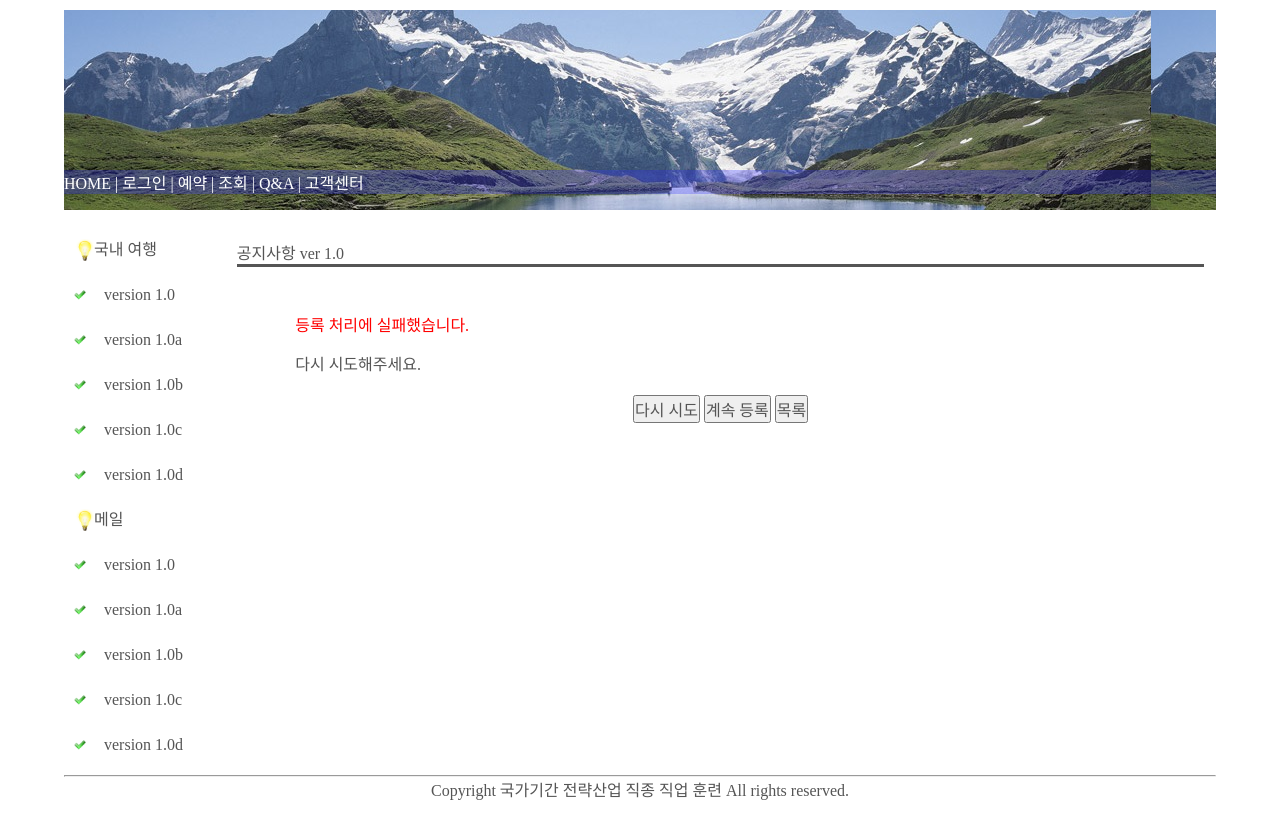
Repository: jangky000/ai_web
Page: http://localhost/blog_v2jc/mail_app/create_proc.jsp
The author's editor kept a copy of each file at every save. The page is drawn from the files as they stood at one save, then again after the next save.
The browser window is 1280 px wide. The pictures show the whole page.
The page is served by Tomcat 9. Other server files are loaded and not shown. Queries for data that is not in the repository find no rows.

Above is the page before, as saved 2020-03-27 05:41:44.

### ws__frame/blog_v2jc/WebContent/mail_app/create_proc.jsp
<%@ page contentType="text/html; charset=UTF-8" %>

 <!-- MySQL에서 DBMS에 연결할때 쓰던 import 패키지와 구성이 같다. -->
 <!-- MovieDAO2.java 참조 -->
<%@ page import="java.sql.Connection" %>
<%@ page import=" java.sql.DriverManager" %>
<%@ page import="java.sql.PreparedStatement" %>
<%@ page import="java.sql.ResultSet" %>
<%@ page import="java.sql.SQLException" %>

<%
request.setCharacterEncoding("utf-8");
String root = request.getContextPath();
%>

<%
// 필요 변수 선언
Connection con = null;              // DBMS 연결
PreparedStatement pstmt = null; // SQL 실행
ResultSet rs = null;                   // SELECT 결과를 저장
StringBuffer sql = null;              // SQL 문장
int count = 0;                         // 처리된 레코드 갯수

// MYSQL
// String className = "org.gjt.mm.mysql.Driver"; // MySQL 연결 Driver
// String url = "jdbc:mysql://172.16.12.4:3306/javadb?useUnicode=true&characterEncoding=euckr"; //데이터베이스 javadb 사용

//Oracle, jdbc 연결
String className = "oracle.jdbc.driver.OracleDriver"; // Oracle 연결 Driver
String url = "jdbc:oracle:thin:@127.0.0.1:1521:XE"; //XE -> soldesk 등으로 달라질 수 있다.

String user = "ai6";
String password = "1234";
%>

<!DOCTYPE html>
<html lang="ko">
<head>
<meta charset="UTF-8">
<title></title>
<link href="<%=root%>/css/style.css" rel="Stylesheet" type="text/css">
</head>
<body>
<jsp:include page="/menu/top.jsp" flush='false' />
  <div class="title_line">공지사항 ver 1.0</div>
  <fieldset class="fieldset_basic">
    <!-- <legend class="legend_basic">공지사항 등록</legend> -->
      <ul>
        <%
        String title = request.getParameter("title");
        String content = request.getParameter("content");
        String rname = request.getParameter("rname");
        String passwd = request.getParameter("passwd");

      //네트워크 설정에 예외처리가 필수
        try {
          Class.forName(className); // memory로 클래스를 로딩함, 객체는 생성하지 않음.
          con = DriverManager.getConnection(url, user, password ); // MySQL 연결

          sql = new StringBuffer();
          //SQL문 앞에 한 칸 공백 만들기 + ' ; '지우기
          sql.append(" INSERT INTO notice(noticeno, title, content, rname, passwd, rdate )");
          sql.append(" VALUES (notice_seq.nextval, ?, ?, ?, ?, sysdate)"); // '?'는 ?값으로 판단, 문자열도 single quatation 없이 사용

          //StringBuffer를 문자열로 변환
          pstmt = con.prepareStatement(sql.toString());

          pstmt.setString(1, title);
          pstmt.setString(2, content);
          pstmt.setString(3, rname);
          pstmt.setString(4, passwd);

          //pstmt 바인딩 후에 실행
          count = pstmt.executeUpdate(); // INSERT, UPDATE, DELETE를 실행

        } catch (SQLException e) {
          System.out.println("SQL 실행 중 예외 발생");
          e.printStackTrace(); // 예외가 발생하기까지의 실행 과정 출력
        } catch (ClassNotFoundException e) {
          System.out.println("JDBC 드라이버가 없습니다.");
          e.printStackTrace();
        } finally {
          //try{ if (rs != null){ rs.close(); } }catch(Exception e){ }
          // 따로 에러 출력하지 않고 연결 종료
          try{ if (pstmt != null){ pstmt.close(); } }catch(Exception e){ }
          try{ if (con != null){ con.close(); } }catch(Exception e){ }
        }

      if(count == 1){
        %>
        <li class="li_none">등록 처리에 성공했습니다.</li>
        <%
      } else{
        %>
        <li class="li_error" >등록 처리에 실패했습니다.</li>
        <li class="li_none">다시 시도해주세요. </li>
        <%
      }
        %>
      </ul>
      <div class ="bottom_menu">
        <!-- onclick = "" javascript 연결 -->
        <%
        if(count == 0){
          %>
          <button type="button" onclick="history.back();">다시 시도</button>
          <%
        }
        %>
        <button type="button" onclick="location.href = './create_form.jsp'">계속 등록</button>
        <button type="button" onclick="location.href = './list.jsp'">목록</button>
      </div>
  </fieldset>

<jsp:include page="/menu/bottom.jsp" flush='false' />
</body>
</html>
</html>

### ws__frame/blog_v2jc/WebContent/menu/top.jsp
<%@ page contentType="text/html; charset=UTF-8" %>
<!-- jsp: include를 사용했기 때문에 root로 인한 충돌이 발생하지 않는다. -->
<% String root = request.getContextPath(); %>

<DIV class='container'>
  <DIV class='top_img'>
    <NAV class="top_menu">
      <a href="<%=root %>" class="menu_link">HOME</a> | 로그인 | 예약 | 조회 | Q&A | 고객센터
    </NAV>
  </DIV>

  <DIV style='margin-top: 10px;'> <!-- 좌측 메뉴 + 내용 시작 -->
    <DIV class='left_menu'> <!--  좌측 메뉴 시작 -->
      <div class="li_left_menu_1" >국내 여행</div>
      <UL>
         <!-- 모든 위치에서 동일한 주소를 찾아야하므로, 절대 경로로 설정 -->
        <LI class="li_left_menu_2"><a href="<%= request.getContextPath() %>/notice1/list.jsp">version 1.0</a></LI>
        <LI class="li_left_menu_2"><a href="<%= request.getContextPath() %>/notice1a/list.jsp">version 1.0a</a></LI>
        <LI class="li_left_menu_2"><a href="<%= request.getContextPath() %>/notice1b/list.jsp">version 1.0b</a></LI>
        <LI class="li_left_menu_2"><a href="<%= request.getContextPath() %>/notice1c/list.jsp">version 1.0c</a></LI>
        <LI class="li_left_menu_2"><a href="<%= request.getContextPath() %>/notice1d/list.jsp">version 1.0d</a></LI>
      </UL>
      <!-- br을 쓰는 것보다 margin으로 여백을 주는 것이 낫다 -->
      <div class="li_left_menu_1">메일</div>
      <UL>
        <LI class="li_left_menu_2"><a href="<%= request.getContextPath() %>/mail_app/list.jsp">version 1.0</a></LI>
        <LI class="li_left_menu_2"><a href="<%= request.getContextPath() %>/mail_app1a/list.jsp">version 1.0a</a></LI>
        <LI class="li_left_menu_2"><a href="<%= request.getContextPath() %>/mail_app1b/list.jsp">version 1.0b</a></LI>
        <LI class="li_left_menu_2"><a href="<%= request.getContextPath() %>/mail_app1c/list.jsp">version 1.0c</a></LI>
        <LI class="li_left_menu_2"><a href="<%= request.getContextPath() %>/mail_app1d/list.jsp">version 1.0d</a></LI>
      </UL>

    </DIV>  <!--  좌측 메뉴 종료 -->

    <DIV class='content_body'> <!--  내용 시작 -->

### ws__frame/blog_v2jc/WebContent/menu/bottom.jsp
<%@ page contentType="text/html; charset=UTF-8" %>

    </DIV> <!-- 내용 종료 -->
  </DIV> <!-- 좌측 메뉴 + 내용 종료 -->

  <!-- 화면 하단 메뉴 -->
  <DIV class='copyright'>
    <HR>
    Copyright 국가기간 전략산업 직종 직업 훈련 All rights reserved.
  </DIV>

</DIV> <!-- 컨테이너 종료 -->

### ws__frame/blog_v2jc/WebContent/css/style.css
/* ver 0.2 */
/* 모든 태그에 적용 */
  *{
     font-family: Malgun Gothic;
     font-size: 16px;
     margin: 0px;  /* top right bottom left */
     padding: 0px;
     color: #555555;
  }

  .container {
    width: 90%;
    margin: 10px auto;
  }

  /*
  이미지 경로 지정
  권장하지 않는 방법(절대경로): background-image: url('/blog_v2jc/css/images/top_image.jpg');
  권장하는 방법(상대경로): background-image: url('./images/top_image.jpg');
  style.css 파일이 include(link)되는 폴더를 현재 폴더로 인식함
  /blog_v2jc/css/style.css에서 사용
  /blog_v2jc/css/images/top_image.jpg 인식
   */
  .top_img {
    width: 100%;
    height: 200px;
    /* background-image: url('/blog_v2jc/menu/images/top_image.jpg'); */
    background-image: url('./images/top_image.jpg');
  }

  .top_menu {
    position: relative;  /* 부모 태그 기준 화면 상단 기준 */
    top: 80%;
    /* left: 2px;  */
    background-color: rgba(50, 50, 255, 0.3);
    color: white;
  }

  .left_menu {
    width: 15%;
    float: left;
  }

  .content_body {
    width: 84%;
    float: left;
  }

  .content_bottom {

  }

  .bottom_menu {
    text-align: center;
    margin: 20px auto;
    clear: both;
  }

  .copyright {
    text-align: center;
    margin: 20px auto; /* 블럭 가운데 정렬 */
    clear: both; /*  float: left; 해제 float 효과를 제거 */
  }

  .li_warning{/* 경고 메시지 */
    list-style: none;
    margin: 15px 10px;
    color: #ff6600;
  }

  .li_error{ /* 에러 메시지 */
    list-style: none;
    margin: 15px 10px;
    color: #FF0000;
  }

  .li_none{
    list-style: none;
    margin: 15px 10px;
  }

  .fieldset_basic{
    width:90%;
    margin:10px auto;
    border-top: none;
    border-right: none;
    border-bottom: none;
    border-left: none;
    padding: 10px;
  }

  .legend_basic{
    margin-left:30px;
    border:solid 1px #999999;
    background-color: #A6C2FF;
    color:#FFFFFF;
  }

  input:focus {outline:none;}
  .input_basic{
    border-top: none;
    border-right: none;
    border-bottom: solid 1px #999999;
    border-left: none;
  }

  .title_line{
    text-align:left;
    /* text-decoration: underline; */
    border-bottom: solid 3px #555555;
    width: 100%;
    margin: 20px auto;

  }

  .sub_menu{
    text-align: right;
    width: 100%;
  }

  .table_basic{
    border-collapse: collapse; /* 셀 합치기 */
    margin: 2px auto;
    width: 100%;
  }

  /*
    1em 기본값: 16px, 주변 태그의 글자 크기를 1em으로 인식
    div 태그가 20px일 경우 자식 태그가 0.5em이면 최종적으로 10px이 적용됨.
  */
  .th_basic{
    font-size: 0.8em;
    border-bottom: solid 1px #999999;
  }

  .td_basic{
    background-color: #ffffff;

    border-top: none;
    border-right: none;
    border-bottom: solid 1px #dddddd;
    border-left: none;

    text-align: center;
  }

  .td_left{
    background-color: #ffffff;

    border-top: none;
    border-right: none;
    border-bottom: solid 1px #dddddd;
    border-left: none;

    text-align: left;
  }

  A:link{  /* 방문전 상태 */
    text-decoration: none; /* 밑줄 삭제 */
    color: #555555;
  }

  A:visited{  /* 방문후 상태 */
    text-decoration: none; /* 밑줄 삭제 */
    color: #555555;
  }

  A:hover{  /* A 태그에 마우스가 올라간 상태 */
    text-decoration: underline; /* 밑줄 출력 */
    color: #7777FF;
  }

  A:active{  /* A 태그를 클릭한 상태 */
    text-decoration: underline; /* 밑줄 출력 */
    color: #7777FF;
  }

  /* top menu */
  .menu_link:link{  /* 방문전 상태 */
    text-decoration: none; /* 밑줄 삭제 */
    color: white;
  }

  .menu_link:visited{  /* 방문후 상태 */
    text-decoration: none; /* 밑줄 삭제 */
    color: white;
  }

  .menu_link:hover{  /* A 태그에 마우스가 올라간 상태 */
    text-decoration: underline; /* 밑줄 출력 */
    color: white;
    /* font-weight: bold; */
  }

  .menu_link:active{  /* A 태그를 클릭한 상태 */
    text-decoration: underline; /* 밑줄 출력 */
    color: white;
  }

  .content_title{
    border-top: none;
    border-right: none;
    border-bottom: solid 1px #999999;
    border-left: none;

    margin-bottom: 20px;
  }

  .content_bottom{
    border-top: none;
    border-right: none;
    border-bottom: none;
    border-left: none;
    margin: 20px 0;
    text-align: right;
    font-size: 0.8em;
  }

  .li_left_menu_1{/* 화면 좌측 대분류 */
    list-style: none;
    margin: 15px 10px;
    background: url(./images/li_left_menu_1.png) left center no-repeat; /* url 왼쪽 중간 반복x */
    background-size: 22px;
    padding-left: 20px;
    line-height: 30px;
  }

  .li_left_menu_2{/* 화면 좌측 중분류 */
    list-style: none;
    margin: 15px 10px;
    background: url(./images/li_left_menu_2.png) left center no-repeat; /* url 왼쪽 중간 반복x */
    background-size: 12px;
    padding-left: 30px;
    line-height: 30px;
  }

After the next save:
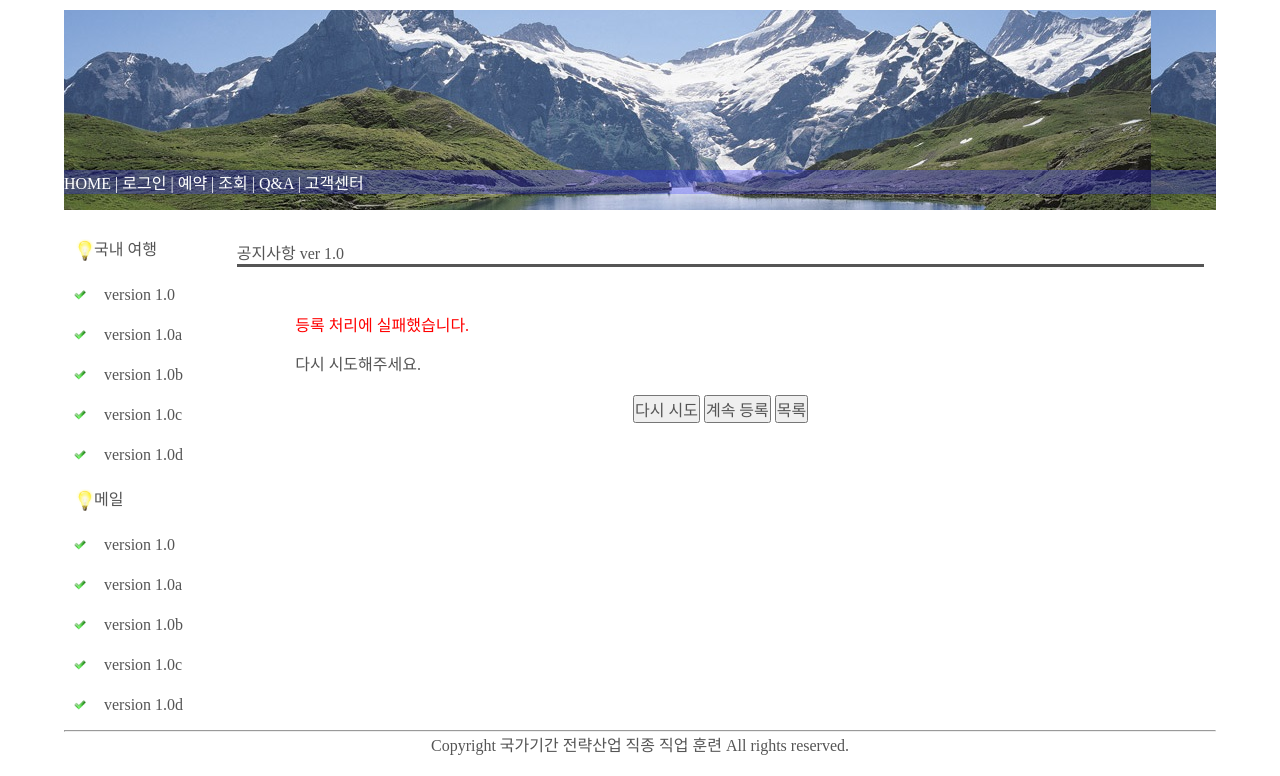
Saved 17 s later.
--- a/ws__frame/blog_v2jc/WebContent/css/style.css
+++ b/ws__frame/blog_v2jc/WebContent/css/style.css
@@ -230,6 +230,7 @@
     margin: 15px 10px;
     background: url(./images/li_left_menu_2.png) left center no-repeat; /* url 왼쪽 중간 반복x */
     background-size: 12px;
+    margin: 10px;
     padding-left: 30px;
     line-height: 30px;
   }
